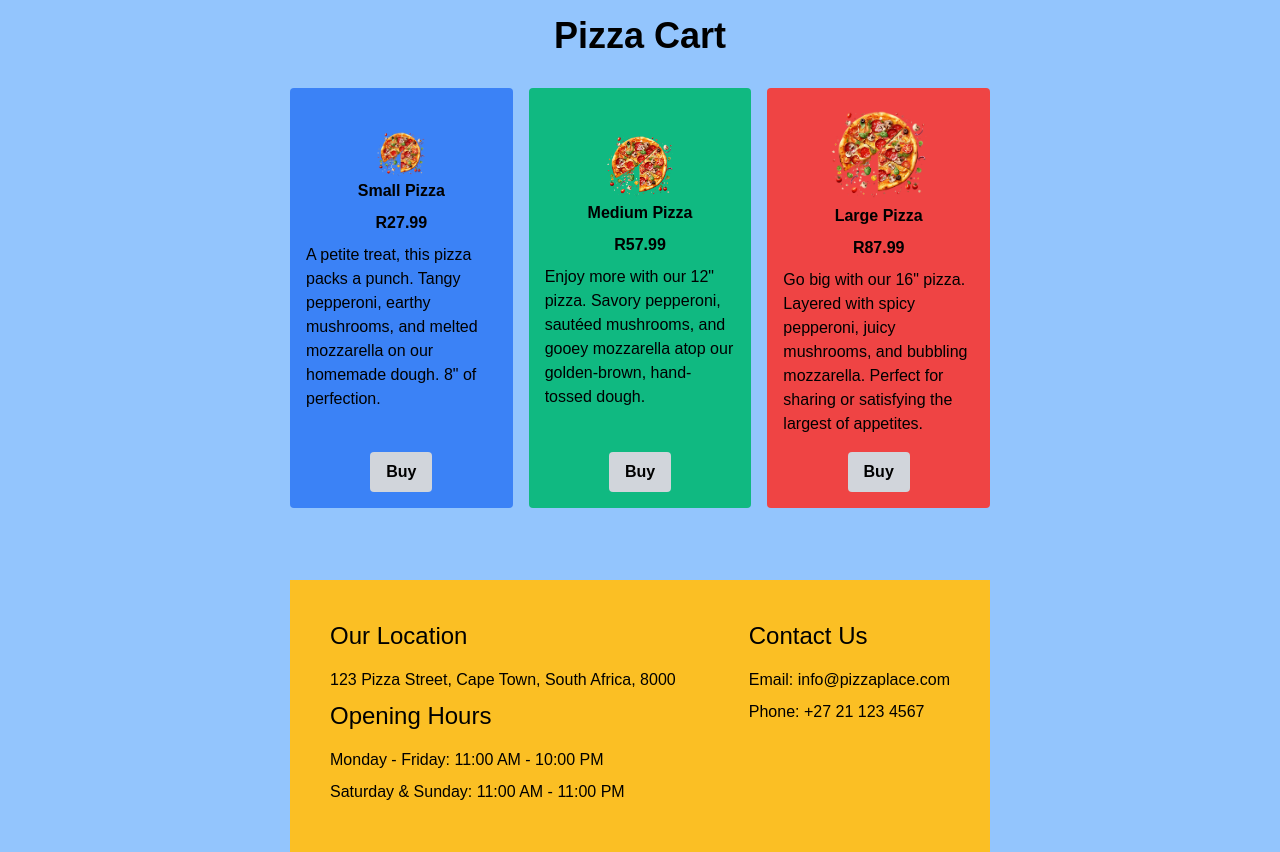
Repository: lasity34/pizza-cart-with-api
Page: index.html
An editor plug-in stored every save of this project. The page is shown before and after the next save, followed by the edit.
The browser window is 1280 px wide. The pictures show the whole page.
The page's requests for data from a server got no answer. Some web fonts or font styles are not loaded; a fallback is used. Some web libraries are served in a nearby version.

Above is the page before, as saved 2023-07-14 14:20:32.
Console error (its wording comes from the project's code and is left out).

### index.html
<!DOCTYPE html>
<html lang="en">
  <head>
    <meta charset="UTF-8" />
    <meta name="viewport" content="width=device-width, initial-scale=1.0" />
    <title>Pizza Cart</title>
    <script src="//unpkg.com/alpinejs" defer></script>
    <link
      href="https://cdn.jsdelivr.net/npm/tailwindcss@2.1.2/dist/tailwind.min.css"
      rel="stylesheet"
    />
    <script
      src="https://cdnjs.cloudflare.com/ajax/libs/axios/1.4.0/axios.min.js"
      integrity="sha512-uMtXmF28A2Ab/JJO2t/vYhlaa/3ahUOgj1Zf27M5rOo8/+fcTUVH0/E0ll68njmjrLqOBjXM3V9NiPFL5ywWPQ=="
      crossorigin="anonymous"
      referrerpolicy="no-referrer"
    ></script>
    <link href="./style.css" rel="stylesheet" />
    <link rel="preconnect" href="https://fonts.googleapis.com" />
    <link rel="preconnect" href="https://fonts.gstatic.com" crossorigin />
    <link
      href="https://fonts.googleapis.com/css2?family=Titillium+Web:ital@0;1&family=Tsukimi+Rounded:wght@300;400;500&display=swap"
      rel="stylesheet"
    />
  </head>
  <body x-data="pizzaCart" class="bg-blue-300" x-cloak>

    <section class="flex justify-center items-center">
      <h1 class="text-4xl pt-4 font-bold">Pizza Cart</h1>
    </section>

    <section  x-show=" cartTotal > 0 "
  class="shop-container my-3 sm:my-4 p-4 sm:p-5 flex flex-col text-xs sm:text-sm justify-center items-center"
>
  <h2 class="text-xl sm:text-2xl mb-2 font-bold">Shopping Cart</h2>
  <div class="mt-4 flex flex-col items-center">
    <div>
        <section class="mt-6">
            <table class="table-auto w-full rounded-lg overflow-hidden shadow-lg max-w-md mx-auto">
                <thead class="bg-red-600">
                    <tr>
                        <th class="px-2 sm:px-3 py-1 text-left text-xs sm:text-sm font-bold font-medium text-white uppercase tracking-wider">Flavour</th>
                        <th class="px-2 sm:px-3 py-1 text-left text-xs sm:text-sm font-medium text-white uppercase tracking-wider">Size</th>
                        <th class="px-2 sm:px-3 py-1 text-left text-xs sm:text-sm font-medium text-white uppercase tracking-wider">Quantity</th>
                        <th class="px-2 sm:px-3 py-1 text-left text-xs sm:text-sm font-medium text-white uppercase tracking-wider">Price</th>
                        <th class="px-2 sm:px-3 py-1 text-left text-xs sm:text-sm font-medium text-white uppercase tracking-wider">Total</th>
                    </tr>
                </thead>
                <tbody class="bg-yellow-100 divide-y divide-gray-200 overflow-auto max-h-48 sm:max-h-56">

                    <template x-for="pizza in cartPizzas">
                        <tr>
                          <td class="px-1 sm:px-2 py-1 whitespace-nowrap font-bold text-xs sm:text-sm text-gray-500" x-text="pizza.flavour"></td>

                            <td class="px-2 sm:px-3 py-1 whitespace-nowrap font-bold text-xs sm:text-sm text-gray-500" x-text="pizza.size"></td>
                            <td class="px-2 sm:px-3 py-1 whitespace-nowrap font-bold text-xs sm:text-sm text-gray-500">
                                <div class="flex items-center justify-center">
                                    <button
                                        @click="addPizzaToCart(pizza.id)"
                                        class="bg-gray-200 hover:bg-gray-300 text-gray-800 font-bold py-1 px-2 sm:px-3 rounded-l"
                                    >
                                        +
                                    </button>
                                    <div x-text="pizza.qty" class="mx-1 sm:mx-2"></div>
                                    <button
                                        @click="removePizzaFromCart(pizza.id)"
                                        class="bg-gray-200 hover:bg-gray-300 text-gray-800 font-bold py-1 px-2 sm:px-3 rounded-r"
                                    >
                                        -
                                    </button>
                                </div>
                            </td>
                            <td class="px-2 sm:px-3 py-1 whitespace-nowrap text-xs sm:text-sm font-bold text-gray-500">
                                R<span x-text="pizza.price"></span>
                            </td>
                            <td class="px-2 sm:px-3 py-1 whitespace-nowrap text-xs sm:text-sm font-bold text-gray-500">
                                R<span x-text="(pizza.qty * pizza.price).toFixed(2)"></span>
                            </td>
                        </tr>
                    </template>
                </tbody>
            </table>
        </section>
    </div>
    <div class="flex justify-center mt-2 sm:mt-4">
      <p class="font-bold">Total Cost</p>
      <p class="ml-3 sm:ml-5 font-bold">
        R<span x-text="(cartTotal).toFixed(2)">0.00</span>
      </p>
    </div>
    <div class="mt-2 sm:mt-4">
      <span x-text="message"></span>
    </div>

    <div class="mt-2 sm:mt-4"  x-cloak>
      <label class="font-bold">Payment Amount:</label>
      <input
        placeholder="Enter payment here"
        type="number"
        step="0.01"
        class="rounded ml-1 sm:ml-2 py-1 sm:py-2"
        x-model="paymentAmount"
      />
    </div>
    <div class="mt-3 sm:mt-6">
      <button
        x-cloak
        @click="payForCart()"
        class="bg-gray-300 hover:bg-gray-400 py-1 sm:py-2 px-4 sm:px-8 rounded font-bold"
      >
        <span>Pay</span>
      </button>
    </div>
  </div>
</section>




    <section class="pizza_columns mt-8">
      <div
        class="flex flex-col gap-4 mx-auto items-center lg:items-stretch lg:flex-row justify-center"
      >
        <div
          class="flex bg-blue-500 rounded p-4 w-4/5 lg:w-4/5 flex-grow flex-shrink flex flex-col justify-between text-black items-center"
        >
          <div class="flex-grow flex flex-col items-center justify-center">
            <img src="./pizza.png" width="50" />
            <h3 class="mb-2 font-bold">Small Pizza</h3>
            <h3 class="mb-2 font-bold">R27.99</h3>
            <p class="mb-4">
              A petite treat, this pizza packs a punch. Tangy pepperoni, earthy
              mushrooms, and melted mozzarella on our homemade dough. 8" of
              perfection.
            </p>
          </div>
          <button
            @click=""
            :disabled="smallAdded"
            class="bg-gray-300 hover:bg-gray-400 transition-colors duration-300 py-2 px-4 rounded font-bold"
          >
            Buy
          </button>
        </div>
        <div
          class="pizza_md bg-green-500 rounded p-4 w-4/5 lg:w-4/5 flex-grow flex-shrink flex flex-col justify-between text-black items-center"
        >
          <div class="flex-grow flex flex-col items-center justify-center">
            <img src="./pizza.png" width="70" />
            <h3 class="mb-2 font-bold">Medium Pizza</h3>
            <h3 class="mb-2 font-bold">R57.99</h3>
            <p class="mb-4">
              Enjoy more with our 12" pizza. Savory pepperoni, sautéed
              mushrooms, and gooey mozzarella atop our golden-brown, hand-tossed
              dough.
            </p>
          </div>
          <button
            @click=""
            :disabled="mediumAdded"
            class="bg-gray-300 hover:bg-gray-400 transition-colors duration-300 py-2 px-4 rounded font-bold"
          >
            Buy
          </button>
        </div>
        <div
          class="pizza_lg bg-red-500 rounded p-4 w-4/5 lg:w-4/5 flex-grow flex-shrink flex flex-col justify-between text-black items-center"
        >
          <div class="flex-grow flex flex-col items-center justify-center">
            <img src="./pizza.png" width="100" />
            <h3 class="mb-2 font-bold">Large Pizza</h3>
            <h3 class="mb-2 font-bold">R87.99</h3>
            <p class="mb-4">
              Go big with our 16" pizza. Layered with spicy pepperoni, juicy
              mushrooms, and bubbling mozzarella. Perfect for sharing or
              satisfying the largest of appetites.
            </p>
          </div>
          <button
            @click=""
            :disabled="largeAdded"
            class="bg-gray-300 hover:bg-gray-400 transition-colors duration-300 py-2 px-4 rounded font-bold"
          >
            Buy
          </button>
        </div>
      </div>
    </section>
    <!-- all pizzas display -->
    <section class="mt-8">
        <div class="flex flex-col items-center">
            <template x-for="pizza in pizzas">
                <div class="flex items-center border-b border-gray-200 bg-yellow-200 shadow-lg rounded-lg px-4 py-4 my-3 w-full max-w-xl">
                    <div class="w-24 h-24 flex-shrink-0">
                        <img src="./pizza.png" class="w-full h-full object-cover rounded-lg" />
                    </div>
                    <div class="ml-4 flex-grow flex justify-between w-3/4 items-center">
                        <h5 class="ml-2 text-lg font-bold text-black" x-text="pizza.flavour"></h5>
                        <p class="text-lg text-black mt-5 mb-4 mr-6 font-bold">R<span x-text="pizza.price"></span></p>
                    </div>
                    <div>
                        <button @click="addPizzaToCart(pizza.id)" class="bg-gray-600 hover:bg-gray-700 text-white font-bold py-2 px-4 rounded">Buy</button>
                    </div>
                </div>
            </template>
        </div>
    </section>



    <footer class="bg-yellow-400 text-black mt-10 p-10">
      <div class="container mx-auto flex justify-between">
        <div>
          <h2 class="text-2xl mb-4">Our Location</h2>
          <p class="mb-2">123 Pizza Street, Cape Town, South Africa, 8000</p>

          <h2 class="text-2xl mb-4">Opening Hours</h2>
          <p class="mb-2">Monday - Friday: 11:00 AM - 10:00 PM</p>
          <p class="mb-2">Saturday & Sunday: 11:00 AM - 11:00 PM</p>
        </div>
        <div>
          <h2 class="text-2xl mb-4">Contact Us</h2>
          <p class="mb-2">Email: info@pizzaplace.com</p>
          <p class="mb-2">Phone: +27 21 123 4567</p>
        </div>
      </div>
    </footer>

    <div
      x-show="show"
      x-transition:enter="transition ease-out duration-300"
      x-transition:enter-start="opacity-0 transform scale-90"
      x-transition:enter-end="opacity-100 transform scale-100"
      x-transition:leave="transition ease-in duration-300"
      x-transition:leave-start="opacity-100 transform scale-100"
      x-transition:leave-end="opacity-0 transform scale-90"
      class="fixed inset-0 flex items-center justify-center z-50"
    >
      <div class="bg-green-800 text-white rounded p-5 shadow-lg">
        <p x-text="message"></p>
      </div>
    </div>

    <script src="./pizza.js"></script>
  </body>
</html>

### style.css

body {
    max-width: 700px;
    margin: 0 auto;

font-family: 'Tsukimi Rounded', sans-serif;
}

.shop-container {
    background-color: rgb(205, 190, 50);
    max-width: 95%;
    margin: 1em auto;
}

input::-webkit-outer-spin-button,
input::-webkit-inner-spin-button {
  -webkit-appearance: none;
  margin: 0;
}

input[type="number"] {
  -moz-appearance: textfield;
 text-indent: 10px;
}

[x-cloak] { display: none; }

### pizza.js
function pizzaCart() {
  return {
    quantity: 0,
    paymentAmount: 0,
    message: "",
    show: false,
    lastMessageAdded: "",
    pizzas: [],
    cartPizzas: [],
    username: "bjorn",
    cartId: "",
    cartTotal: 0.0,
    // increment(size) {
    //   if (size === "small" && this.smallAdded) {
    //     this.smallAmount++;
    //   } else if (size === "medium" && this.mediumAdded) {
    //     this.mediumAmount++;
    //   } else if (size === "large" && this.largeAdded) {
    //     this.largeAmount++;
    //   }
    // },
    // buy(size) {
    //   if (size === "small") {
    //     this.smallAdded = true;
    //     this.smallAmount++; // increment the small pizza count
    //     this.message = "Small Pizza has been added";
    //   } else if (size === "medium") {
    //     this.mediumAdded = true;
    //     this.mediumAmount++; // increment the medium pizza count
    //     this.message = "Medium Pizza has been added";
    //   } else if (size === "large") {
    //     this.largeAdded = true;
    //     this.largeAmount++; // increment the large pizza count
    //     this.message = "Large Pizza has been added";
    //   }
    //   this.toggleModal();
    // },
    // decrement(size) {
    //   if (size === "small" && this.smallAmount > 0 && this.smallAdded) {
    //     this.smallAmount--;
    //     if (this.smallAmount === 0) this.smallAdded = false;
    //   }
    //   if (size === "medium" && this.mediumAmount > 0 && this.mediumAdded) {
    //     this.mediumAmount--;
    //     if (this.mediumAmount === 0) this.mediumAdded = false;
    //   }
    //   if (size === "large" && this.largeAmount > 0 && this.largeAdded) {
    //     this.largeAmount--;
    //     if (this.largeAmount === 0) this.largeAdded = false;
    //   }
    // },
    // total() {
    //   return (
    //     this.smallAmount * this.prices.small +
    //     this.mediumAmount * this.prices.medium +
    //     this.largeAmount * this.prices.large
    //   );
    // },
    // paymentTotal() {
    //   if (this.paymentAmount < this.total()) {
    //     this.payMessage = `<p class='flex bg-red-600 text-white py-2 px-4 font-bold text-lg my-3 py-1'>R${(
    //       this.total() - this.paymentAmount
    //     ).toFixed(2)} is needed</p>`;
    //     setTimeout(() => {
    //       this.payMessage = "";
    //     }, 2000);
    //   } else if (this.paymentAmount > this.total()) {
    //     this.payMessage = `<p class='flex bg-red-600 text-white py-2 px-4 font-bold text-lg my-3 py-1'>There is R${(
    //       this.paymentAmount - this.total()
    //     ).toFixed(2)} too much</p>`;
    //     setTimeout(() => {
    //       this.payMessage = "";
    //     }, 2000);
    //   } else if (this.paymentAmount == this.total() && this.total() !== 0) {
    //     this.payMessage =
    //       "<p class='flex bg-green-600 text-white py-2 px-4 font-bold text-lg my-3 py-1'>Enjoy your pizzas<p>";
    //     this.reset();
    //     setTimeout(() => {
    //       this.payMessage = "";
    //     }, 2000);
    //   }
    // },
    toggleModal() {
      this.show = !this.show;
      if (this.show) {
        setTimeout(() => {
          this.show = false;
        }, 2000); // Close after 2 seconds
      }
    },
    reset() {
      this.smallAmount = 0;
      this.mediumAmount = 0;
      this.largeAmount = 0;
      this.paymentAmount = 0;
      this.message = "";

      this.smallAdded = false;
      this.mediumAdded = false;
      this.largeAdded = false;
      this.show = false;
    },

    // API

    createCart() {

      const cartid = localStorage["cartId"];
      const createCartURL = `https://pizza-api.projectcodex.net/api/pizza-cart/create?username=${this.username}`;

      if (cartid) {
        this.cartId = cartid;
      } else {
        return axios.get(createCartURL).then((result) => {
          this.cartId = result.data.cart_code;
          localStorage["cartId"] = this.cartId;
        });
      }
    },

    getCart() {
      const getCartURL = `https://pizza-api.projectcodex.net/api/pizza-cart/${this.cartId}/get`;
      return axios.get(getCartURL);
    },

    addPizza(pizzaId) {
      return axios.post(
        "https://pizza-api.projectcodex.net/api/pizza-cart/add",
        {
          cart_code: this.cartId,
          pizza_id: pizzaId,
        }
      );
    },
    removePizza(pizzaId) {
      return axios.post(
        "https://pizza-api.projectcodex.net/api/pizza-cart/remove",
        {
          cart_code: this.cartId,
          pizza_id: pizzaId,
        }
      );
    },
    pay(amount) {
      return axios.post(
        "https://pizza-api.projectcodex.net/api/pizza-cart/pay",
        {
          cart_code: this.cartId,
          amount,
        }
      );
    },
    showCartData() {
      this.getCart().then((result) => {
        const cartData = result.data;
        this.cartPizzas = cartData.pizzas;
        this.cartTotal = cartData.total;
      });
    },
    init() {
      axios
        .get("https://pizza-api.projectcodex.net/api/pizzas")
        .then((result) => {
          this.pizzas = result.data.pizzas;
        });

      if (!this.cartId) {
        this.createCart().then(() => {
          this.showCartData();
        });
      }

      this.showCartData();
    },
    addPizzaToCart(pizzaId) {
      this.addPizza(pizzaId).then(() => {
        this.showCartData();
      });
    },
    removePizzaFromCart(pizzaId) {
      this.removePizza(pizzaId).then(() => {
        this.showCartData();
      });
    },
    payForCart() {
      this.pay(this.paymentAmount).then((result) => {
        if (result.data.status === "failure") {
          this.message = result.data.message;
          setTimeout(() => (this.message = ""), 3000);
        } else {
          this.message = "Payment Received";

          setTimeout(() => {
            this.message = "";
            this.cartPizzas = [];
            this.cartTotal = 0.0;
            this.cartId = "";
            localStorage['cartId']
            this.paymentAmount = 0;
            this.createCart();
          }, 3000);
        }
      });
    },
  };
}

document.addEventListener("alpine:init", () => {
  Alpine.data("pizzaCart", pizzaCart);
});

After the next save:
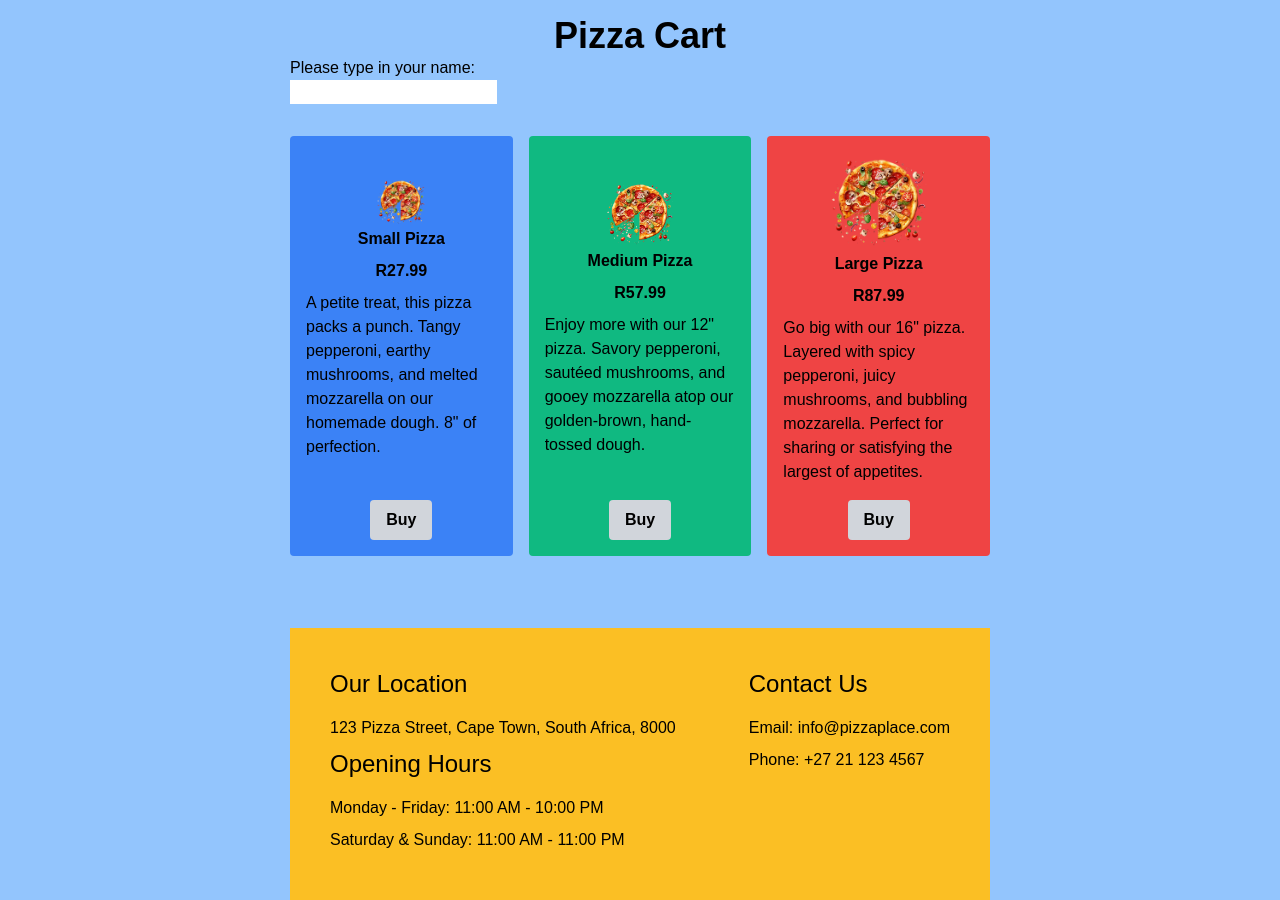
Saved 2 days later.
--- a/index.html
+++ b/index.html
@@ -28,7 +28,10 @@
     <section class="flex justify-center items-center">
       <h1 class="text-4xl pt-4 font-bold">Pizza Cart</h1>
     </section>
-
+    <section>
+      <h3>Please type in your name:</h3>
+      <input type="text" x-modal="username" />
+    </section>
     <section  x-show=" cartTotal > 0 "
   class="shop-container my-3 sm:my-4 p-4 sm:p-5 flex flex-col text-xs sm:text-sm justify-center items-center"
 >
